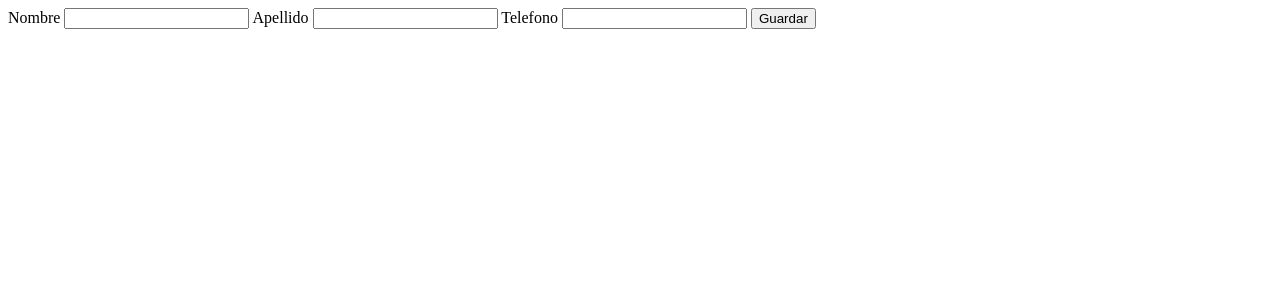
Repository: jaimepsayago/dbp-2022-1
Page: http://localhost/Web-Servlet/listaContactos.jsp
An editor plug-in stored every save of this project. The page is shown before and after the next save, followed by the edit.
The browser window is 1280 px wide. The pictures show the whole page.
The page is served by Tomcat 9. Nobody is signed in. The application's start-up code is not run. Other server files are loaded and not shown.

Above is the page before, as saved 2022-06-06 22:03:48.

### Web-Servlet/src/main/webapp/listaContactos.jsp
<%@page import="pucese.edu.ec.Contactos"%>
<%@ page language="java" contentType="text/html; charset=ISO-8859-1"
    pageEncoding="ISO-8859-1"%>
    <!--importar librerias  -->
  <%@ page import="java.util.ArrayList"  %>

<!DOCTYPE html>
<html>
<head>
<meta charset="ISO-8859-1">
<title>Libreta de Direcciones</title>
</head>

<!--  generar una variable para agregar la clase contactos-->
<%
ArrayList<Contactos> contactos;
%>

<body>
<%
//creamos un obj contactos y que obtenga los parametros de la session contactos
 contactos = (ArrayList<Contactos>)session.getAttribute("contactos");

//procesar los datos de la pagina jsp para enviarlos a la clase Contactos
if (contactos == null){ //si esta vacio creamos un nuevo
	contactos = new ArrayList<Contactos>(); //inicializamos un nuevo obj contacto de tipo Contacto
	session.setAttribute("contactos",contactos);//la session creado envia el obj contactos
}

//obtener los parametros de la pagina web
String metodo = request.getMethod();

//obetener los atribtuso del formulario web
if ("POST".equals(metodo)){
	String nombre = request.getParameter("nombre");
	String apellido = request.getParameter("apellido");
	String telefono = request.getParameter("telefono");

//agregar los datos obtenidos a la clase contactos para que se guarden
Contactos contacto = new Contactos();
contacto.setNombre(nombre);
contacto.setApellido(apellido);
contacto.setTelefono(telefono);

//agregar los dastos en el arraylist contactos
contactos.add(contacto);

//System.out.println(contactos.toString());
}



%>
<form action="post">
<label>Nombre</label>
<input type="text" name = "nombre"/>

<label>Apellido</label>
<input type="text" name = "apellido"/>

<label>Telefono</label>
<input type="text" name = "telefono"/>

<button type="submit">Guardar</button>
</form>

</body>
</html>

After the next save:
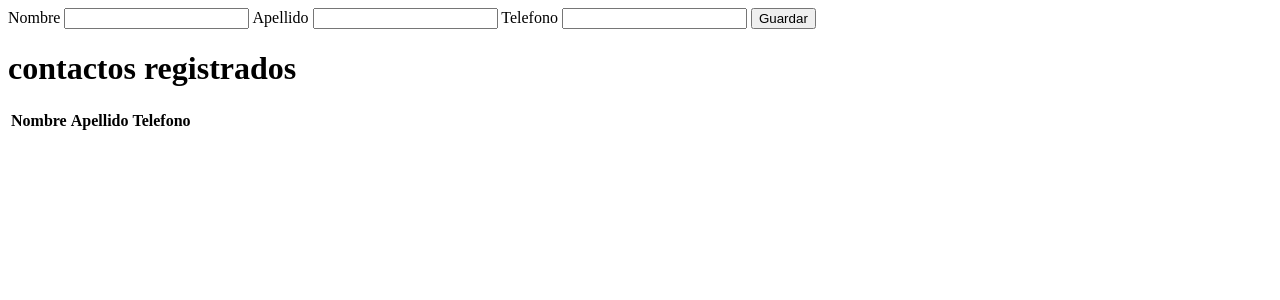
Saved 5 min 39 s later.
--- a/Web-Servlet/src/main/webapp/listaContactos.jsp
+++ b/Web-Servlet/src/main/webapp/listaContactos.jsp
@@ -64,5 +64,28 @@
 <button type="submit">Guardar</button>
 </form>
 
+<h1>contactos registrados</h1>
+
+<table>
+	<thead>
+		<tr>
+			<th>Nombre</th>
+			<th>Apellido</th>
+			<th>Telefono</th>
+		</tr>
+	</thead>
+</table>
+
+
+
+
+
+
+
+
+
+
+
+
 </body>
 </html>
